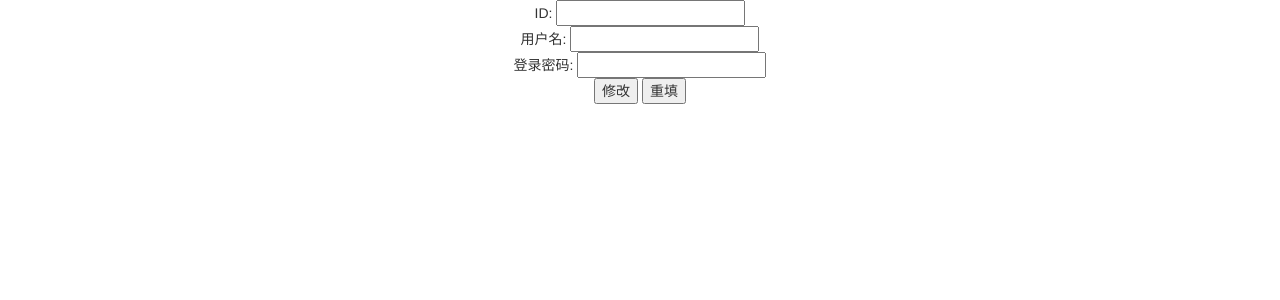
Repository: suxiaohutot/PHP
Page: http://localhost/zhaohuipassword_html.php
These files come from the project's save history. The page is drawn as it stood at one moment and after the next save; the edit follows.
The browser window is 1280 px wide. The pictures show the whole page.
The page is run by PHP 8.4 with error messages shown; the project is at /var/www/html/.

Above is the page before, as saved 2019-10-25 05:27:47.

After the next save:
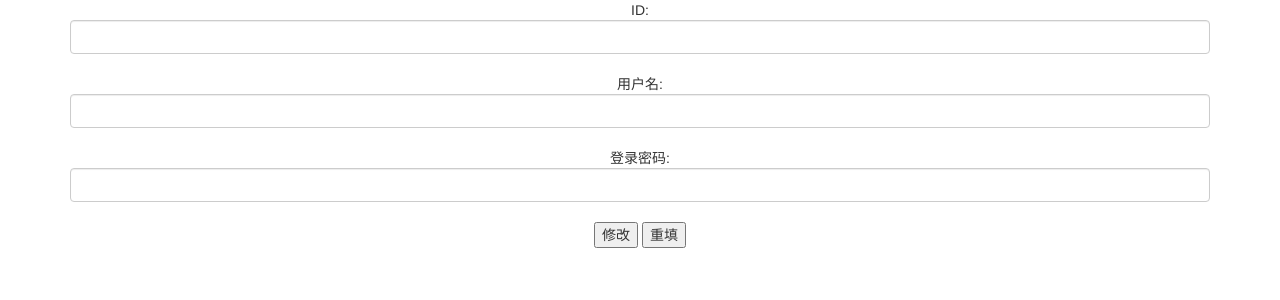
Saved 3 min 27 s later.
--- a/test/zhaohuipassword_html.php
+++ b/test/zhaohuipassword_html.php
@@ -8,11 +8,11 @@
 </head>
 <form action="xiugai_chenge.php" method="post" class="container">
 ID:
-<input type="text" name="id"><br>
+<input type="text" name="id" class="form-control"><br>
 用户名:
-<input type="text" name="name"><br>
+<input type="text" name="name" class="form-control"><br>
 登录密码:
-<input type="password" name="password" size="20" maxlength="15"><br>
+<input type="password" name="password" size="20" maxlength="15" class="form-control"><br>
 
 <input type="submit" value="修改">
 <input type="reset" value="重填">
